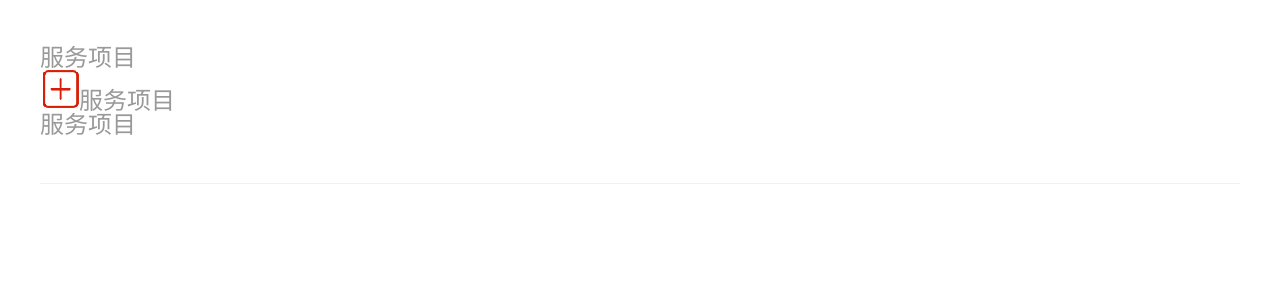
Repository: family-car/car
Page: maintenance.html
The author's editor kept a copy of each file at every save. The page is drawn from the files as they stood at one save, then again after the next save.
The browser window is 1280 px wide. The pictures show the whole page.

Above is the page before, as saved 2020-05-12 18:53:02.

After the next save:
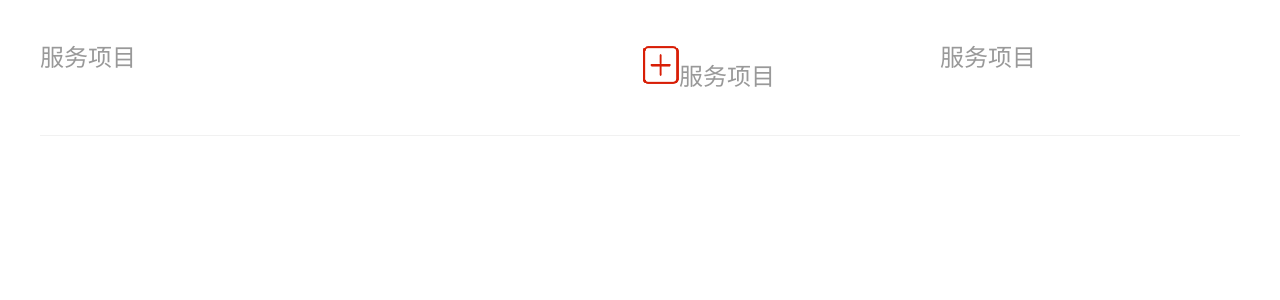
Saved 22 s later.
--- a/maintenance.html
+++ b/maintenance.html
@@ -25,10 +25,10 @@
     <div class="serviceProject">
         <div class="serviceP_form">
            <div class="serviceP_form_item">
-                <ul>
-                    <li>服务项目</li>
-                    <li><img src="src/image/small_add.png"/>服务项目</li>
-                    <li>服务项目</li>
+                <ul class="flex">
+                    <li class="cell2">服务项目</li>
+                    <li class="cell"><img src="src/image/small_add.png"/>服务项目</li>
+                    <li class="cell">服务项目</li>
                 </ul>
            </div>
         </div>
